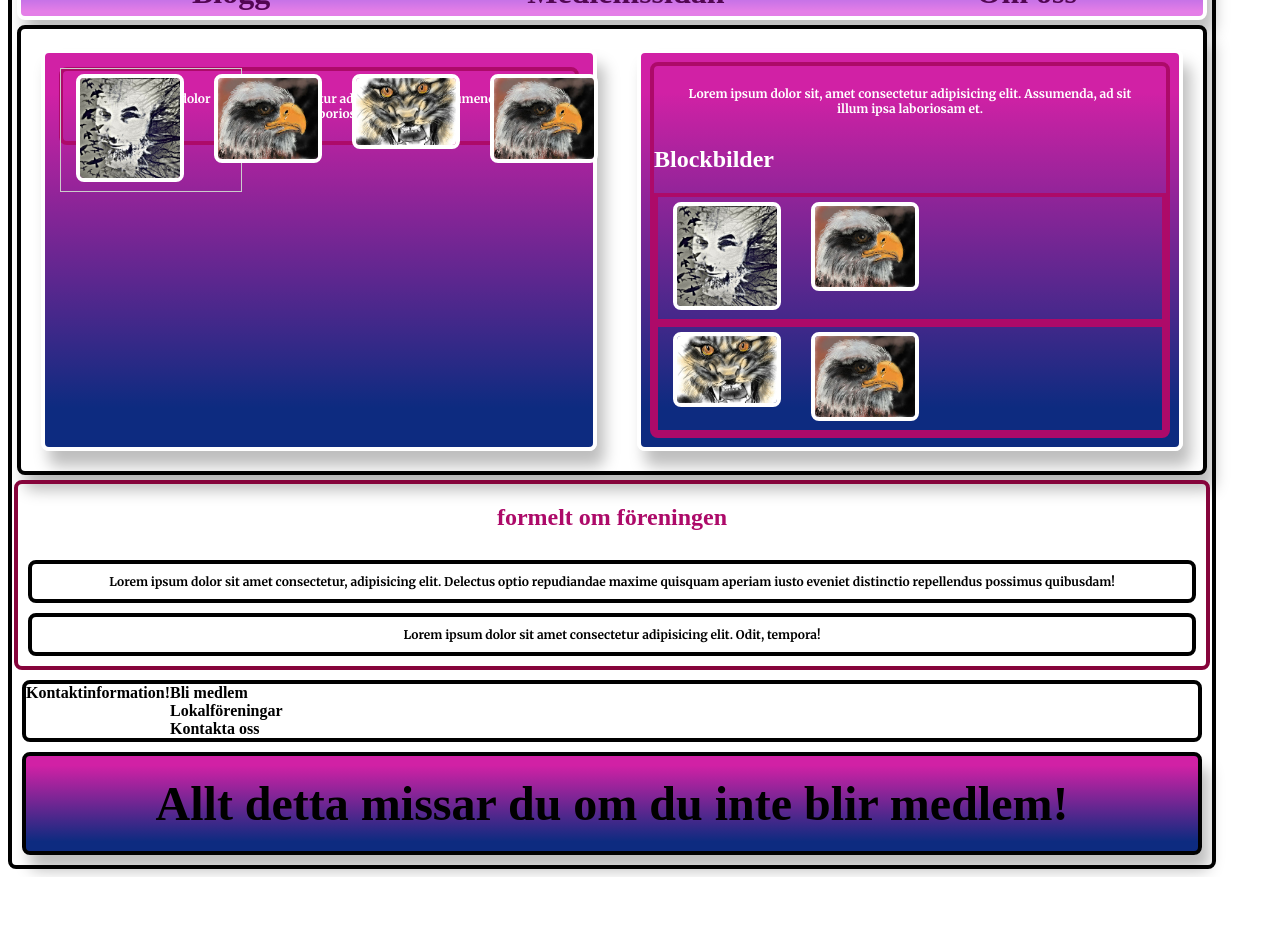
Repository: Webutveckling-20-21/lektion-3-CSS
Page: medlemssidan.html
These files come from the project's save history. The page is drawn as it stood at one moment and after the next save; the edit follows.
The browser window is 1280 px wide. The pictures show the part of the page from y = 117 to 1057 px (the page is 1057 px tall).
A picture or video elsewhere on the page could not be fetched, so the positions and the page height are approximate. Some web fonts or font styles are not loaded; a fallback is used.

Above is the page before, as saved 2021-10-07 14:14:02.

### medlemssidan.html
<!DOCTYPE html>
<html lang="en">

<head>
    <meta charset="UTF-8">
    <meta http-equiv="X-UA-Compatible" content="IE=edge">
    <meta name="viewport" content="width=device-width, initial-scale=1.0">
    <link rel="stylesheet" href="style3.css">
    <link rel="stylesheet" href="style4.css">
    <title>om oss</title>
</head>

<body>
    <div class="header">

        <h1>Palettnördarna.se</h1>
        <div class="logo">
            <img src="images/logga.png" alt="logga" class="logo-img">
        </div>

    </div>

    <ul class="navbar">

        <li class="nav-list"> <a href="index.html">Blogg</a></li>
        <li><a href="medlemssidan.html">Medlemssidan</a></li>
        <li><a href="om oss.html">Om oss</a></li>

    </ul>

    <div class="box">



        <div class="green">
            <div class="text-info">
                <p> Lorem ipsum dolor sit, amet consectetur adipisicing elit. Assumenda, ad sit illum ipsa laboriosam
                    et.</p>
                <h2>Blockbilder</h2>
                <div class="picture">
                    <div class="pics1 pics"> <img src="images/20171005_201321.jpg" alt=""> </div>
                    <div class="pics2 pics"> <img src="images/1493892949023.jpeg" alt=""> </div>
                </div>
                <div class="picture">
                    <div class="pics3 pics"> <img src="images/1494397130015.jpeg" alt=""> </div>
                    <div class="pics4 pics"> <img src="images/1493892949023.jpeg" alt=""></div>
                </div>

            </div>
        </div>

        <div class="red">
            <div class="text-info">
                <p> Lorem ipsum dolor sit, amet consectetur adipisicing elit. Assumenda, ad sit illum ipsa laboriosam
                    et.</p>
            </div >
            <div class="gallery">
            <div class="pics1 pics"> <img src="images/20171005_201321.jpg" alt=""> </div>
            <div class="pics2 pics"> <img src="images/1493892949023.jpeg" alt=""> </div>
            <div class="pics3 pics"> <img src="images/1494397130015.jpeg" alt=""> </div>
            <div class="pics4 pics"> <img src="images/1493892949023.jpeg" alt=""></div>
        </div>
        </div>
    </div>

    <main class="main-content">
        <h2>formelt om föreningen</h2>
        <div class="information">
            <p>Lorem ipsum dolor sit amet consectetur, adipisicing elit. Delectus optio repudiandae maxime quisquam
                aperiam iusto eveniet distinctio repellendus possimus quibusdam!</p>
            <p>Lorem ipsum dolor sit amet consectetur adipisicing elit. Odit, tempora!

            </p>
        </div>

    </main>

    <section class="contact-all"> Kontaktinformation!

        <div class="contact-info">
            <div class="be-member">Bli medlem</div>
            <div class="locals">Lokalföreningar</div>
            <div class="contact">Kontakta oss</div>
        </div>
    </section>

    <footer class="footer-place"> Allt detta missar du om du inte blir medlem!</footer>

</body>






</html>

### style3.css
@import url('https://fonts.googleapis.com/css2?family=Grechen+Fuemen&display=swap');
@import url('https://fonts.googleapis.com/css2?family=Roboto&display=swap');
@import url('https://fonts.googleapis.com/css2?family=Merriweather:wght@700&display=swap');

body {
    font-family: 'Grechen Fuemen', cursive;
    font-weight: bolder;
    border: 4px solid black;
    border-radius: 8px;
    max-width: 1200px;
}

.header {
    display: flex;
    width: 98%;
    height: 50px;
    border: 5px solid white;
    background: linear-gradient(to bottom, #6f76df 10%, #df258b 90%);
    box-shadow: 7.6px 15.2px 15.2px hsl(0deg 0% 0% / 0.26);
    border-radius: 8px;
    justify-content: center;
    margin: 5px;
}

.header h1 {
    margin: 10px;
    flex-wrap: wrap;
}

.logo-img {
    border: 0px;
}


.navbar {

    width: auto;
    height: auto;
    display: flex;
    align-items: center;
    justify-content: space-around;
    background-color: #eed9f8;
    margin: 5px;
    border-radius: 8px;
    flex-wrap: wrap;
}

audio {
    width: 200px;
    height: 50px;
}

ul {

    list-style-type: none;
    flex-wrap: wrap;
    margin-left: 5;
    margin-right: 5;
    padding: 10;
    width: 90%;
    height: auto;
    overflow: hidden;
    border: 4px solid white;
    background: linear-gradient(to bottom, #8257e7 10%, #e47ee7 90%);
    box-shadow: 7.6px 15.2px 15.2px hsl(0deg 0% 0% / 0.26);
}

.nav-list {
    margin: 5px;
    flex-wrap: wrap;

}

a {
    text-decoration: none;
    font-size: 2rem;
    color: rgb(82, 6, 82);


}

a:hover {
    color: rgb(100, 59, 212);
}

/*
.img::before {
    content:"opacity .2" ;
 }
 .img::after {
    content:" opacity 1";
 }*/

.thumbnail:hover {
    position: relative;
    top: -10px;
    /* left: -10px; */
    right: 30px;
    width: 175px;
    height: auto;
    display: block;
    z-index: 999;
    transition: all .5s ease-in-out;
}

.marg-text {
    text-align: justify;
}

/* <img src="[your hosted image URL]" class="thumbnail" height="100" width="100" />  */



.box {
    /* background: linear-gradient(to bottom, #c69de7 10%, #e47ee7 90%); */
    /* height:200px; */
    display: flex;
    /* max-width: 100%; */
    align-items: stretch;
    justify-content: center;
    flex-direction: row;
    flex-wrap: wrap;
    ;
    border: 4px solid rgb(86, 5, 102);
    background-color: white;
    border-radius: 8px;
    flex-wrap: wrap;
    border: solid 4px black;
    margin: 5px;
    /* opacity: 0.5; */
    box-shadow: 7.6px 15.2px 15.2px hsl(0deg 0% 0% / 0.26);
}

.blue {
    display:flex;
    flex-wrap: wrap;


   background: linear-gradient(to bottom, #d121a5 10%, #0d2b80 90%);
    max-width: 300px;
    max-height: auto;
    background-color: rgba(255, 255, 255, 0.2);
    margin: 20px;
    flex: 1;
    order: 2;
    border: 4px solid rgb(241, 238, 238);
    color: white;
    border-radius: 8px;
    padding: 10px;
    box-shadow: 7.6px 15.2px 15.2px hsl(0deg 0% 0% / 0.26);

}

.green {
    max-width: 300px;
    max-height: auto;
    flex: 1;
    order: 3;
    margin: 20px;
    border: 4px solid white;
    color: White;
    border-radius: 8px;
    padding: 5px;
    box-shadow: 7.6px 15.2px 15.2px hsl(0deg 0% 0% / 0.26);
    background: linear-gradient(to bottom, #d121a5 10%, #0d2b80 90%);
}

.red {
    max-width: 300px;
    margin: 20px;
    flex: 1;
    order: 1;
    padding: 10px;
    color: white;

    border: 4px solid white;
    background: rgba(255, 255, 255, 0.1);
    border-radius: 8px;
    padding: 10px;
    background: linear-gradient(to bottom, #d121a5 10%, #0d2b80 90%);
    box-shadow: 7.6px 15.2px 15.2px hsl(0deg 0% 0% / 0.26);

}

.main-content{
    display:flex;
    flex-direction: column;
  text-align: center;
  border:solid 4px rgb(134, 4, 59);
  border-radius:8;
  margin: 2px;
}
main{
    border-radius: 8px;
}

 .main-content> h2{
   color:rgb(173, 10, 105);
 }
 .information>p{
     color:black;
     border:solid 4px black;
     border-radius: 8px;
 }
 .text-info{
     border:solid 4px rgb(173,10,105);
     border-radius: 8px;
     margin:4px;

 }
 .picture{
     display:flex;
     flex-wrap: wrap;
     border:solid 4px rgb(173,10,105);

 }


img {
    margin-left: 10px;
    margin-right: 10px;
    width: 100px;
    border-radius: 8px;
    max-width: 300px;
    /*margin: auto;*/
    border: 4px solid white;
}

h2 {
    justify-content: center;
    font-weight: 700;
}
h3 {
    margin: auto;
}
p {
    font-size: 0.75rem;
    text-align: center;
    margin: 10px;
    padding: 10px;
    font-family: 'Merriweather', serif;
    color: white;
    /* font-family: 'Roboto', sans-serif;   */

}

h3 {
    /* padding: 20px; */
    text-align: center;
}

.footer-place {
    display: flex;
    justify-content: center;
    align-items: stretch;
    /* width: 90vh; */
    padding: 20px;
    margin: 10px;
    border: 4px solid black;
    background: linear-gradient(180deg, #d121a5 10%, #0d2b80 90%);
    box-shadow: 7.6px 15.2px 15.2px hsl(0deg 0% 0% / 0.26);
    border-radius: 8px;
    font-size:3rem;
}

.pics {

    margin: 5px;

}

### style4.css
@import url('https://fonts.googleapis.com/css2?family=Grechen+Fuemen&display=swap');
@import url('https://fonts.googleapis.com/css2?family=Roboto&display=swap');
@import url('https://fonts.googleapis.com/css2?family=Merriweather:wght@700&display=swap');

body {
    font-family: 'Grechen Fuemen', cursive;
    font-weight: bolder;
    border: 4px solid black;
    border-radius: 8px;
    max-width: 1200px;
}

.header {
    display: flex;
    width: 98%;
    height: 50px;
    border: 5px solid white;
    background: linear-gradient(to bottom, #6f76df 10%, #df258b 90%);
    box-shadow: 7.6px 15.2px 15.2px hsl(0deg 0% 0% / 0.26);
    border-radius: 8px;
    justify-content: center;
    margin: 5px;
}

.header h1 {
    margin: 10px;
    flex-wrap: wrap;
}

.logo-img {
    border: 0px;
}


.navbar {

    width: auto;
    height: auto;
    display: flex;
    align-items: center;
    justify-content: space-around;
    background-color: #eed9f8;
    margin: 5px;
    border-radius: 8px;
    flex-wrap: wrap;
}

audio {
    width: 200px;
    height: 50px;
}

ul {

    list-style-type: none;
    flex-wrap: wrap;
    margin-left: 5;
    margin-right: 5;
    padding: 10;
    width: 90%;
    height: auto;
    overflow: hidden;
    border: 4px solid white;
    background: linear-gradient(to bottom, #8257e7 10%, #e47ee7 90%);
    box-shadow: 7.6px 15.2px 15.2px hsl(0deg 0% 0% / 0.26);
}

.nav-list {
    margin: 5px;
    flex-wrap: wrap;

}

a {
    text-decoration: none;
    font-size: 2rem;
    color: rgb(82, 6, 82);


}

a:hover {
    color: rgb(100, 59, 212);
}

/*
.img::before {
    content:"opacity .2" ;
 }
 .img::after {
    content:" opacity 1";
 }*/

.thumbnail:hover {
    position: relative;
    top: -10px;
    /* left: -10px; */
    right: 30px;
    width: 175px;
    height: auto;
    display: block;
    z-index: 999;
    transition: all .5s ease-in-out;
}

.marg-text {
    text-align: justify;
}

/* <img src="[your hosted image URL]" class="thumbnail" height="100" width="100" />  */



.box {
    /* background: linear-gradient(to bottom, #c69de7 10%, #e47ee7 90%); */
    /* height:200px; */
    display: flex;
    /* max-width: 100%; */
    align-items: stretch;
    justify-content: center;
    flex-direction: row;
    flex-wrap: wrap;
    ;
    border: 4px solid rgb(86, 5, 102);
    background-color: white;
    border-radius: 8px;
    flex-wrap: wrap;
    border: solid 4px black;
    margin: 5px;
    /* opacity: 0.5; */
    box-shadow: 7.6px 15.2px 15.2px hsl(0deg 0% 0% / 0.26);
}



.green {
    max-width: 50%;
    max-height: auto;
    flex: 1;
    order: 2;
    margin: 20px;
    border: 4px solid white;
    color: White;
    border-radius: 8px;
    padding: 5px;
    box-shadow: 7.6px 15.2px 15.2px hsl(0deg 0% 0% / 0.26);
    background: linear-gradient(to bottom, #d121a5 10%, #0d2b80 90%);
}

.red {
    display:flex;
    flex-direction: column;
    flex-wrap: wrap;
    max-width: 50%;
    margin: 20px;
    flex: 1;
    order: 1;
    padding: 10px;
    color: white;

    border: 4px solid white;
    background: rgba(255, 255, 255, 0.1);
    border-radius: 8px;
    padding: 10px;
    background: linear-gradient(to bottom, #d121a5 10%, #0d2b80 90%);
    box-shadow: 7.6px 15.2px 15.2px hsl(0deg 0% 0% / 0.26);

}

.gallery{
    max-width:50vw;
    position:absolute;
    display:flex;
    align-self: auto;
    align-content: flex-end;


    margin: 5px;
    border: 1px solid #ccc;
    float: left;
    width: 180px;
}
.gallery:hover{
    border: 1px solid #777;
}


.main-content {
    display: flex;
    flex-direction: column;
    text-align: center;
    border: solid 4px rgb(134, 4, 59);
    border-radius: 8;
    margin: 2px;
}

main {
    border-radius: 8px;
}

.main-content>h2 {
    color: rgb(173, 10, 105);
}


.information>p {
    color: black;
    border: solid 4px black;
    border-radius: 8px;
}

.text-info {
    border: solid 4px rgb(173, 10, 105);
    border-radius: 8px;
    margin: 4px;

}

.picture {
    display: flex;
    flex-wrap: wrap;
    border: solid 4px rgb(173, 10, 105);

}


img {
    margin-left: 10px;
    margin-right: 10px;
    width: 100px;
    border-radius: 8px;
    max-width: 300px;
    /*margin: auto;*/
    border: 4px solid white;
}

h2 {
    justify-content: center;
    font-weight: 700;
}

h3 {
    margin: auto;
}

p {
    font-size: 0.75rem;
    text-align: center;
    margin: 10px;
    padding: 10px;
    font-family: 'Merriweather', serif;
    color: white;
    /* font-family: 'Roboto', sans-serif;   */

}

h3 {
    /* padding: 20px; */
    text-align: center;
}
.contact-all{
    display:flex;
    flex-wrap: wrap;
    flex-direction: row;
    flex-direction: stretch;
    border:4px solid black;
    border-radius:8px;
    margin: 10px;

}
.contact {

}

.footer-place {
    display: flex;
    justify-content: center;
    align-items: stretch;
    /* width: 90vh; */
    padding: 20px;
    margin: 10px;
    border: 4px solid black;
    background: linear-gradient(180deg, #d121a5 10%, #0d2b80 90%);
    box-shadow: 7.6px 15.2px 15.2px hsl(0deg 0% 0% / 0.26);
    border-radius: 8px;
    font-size: 3rem;
}

.pics {

    margin: 5px;

}

After the next save:
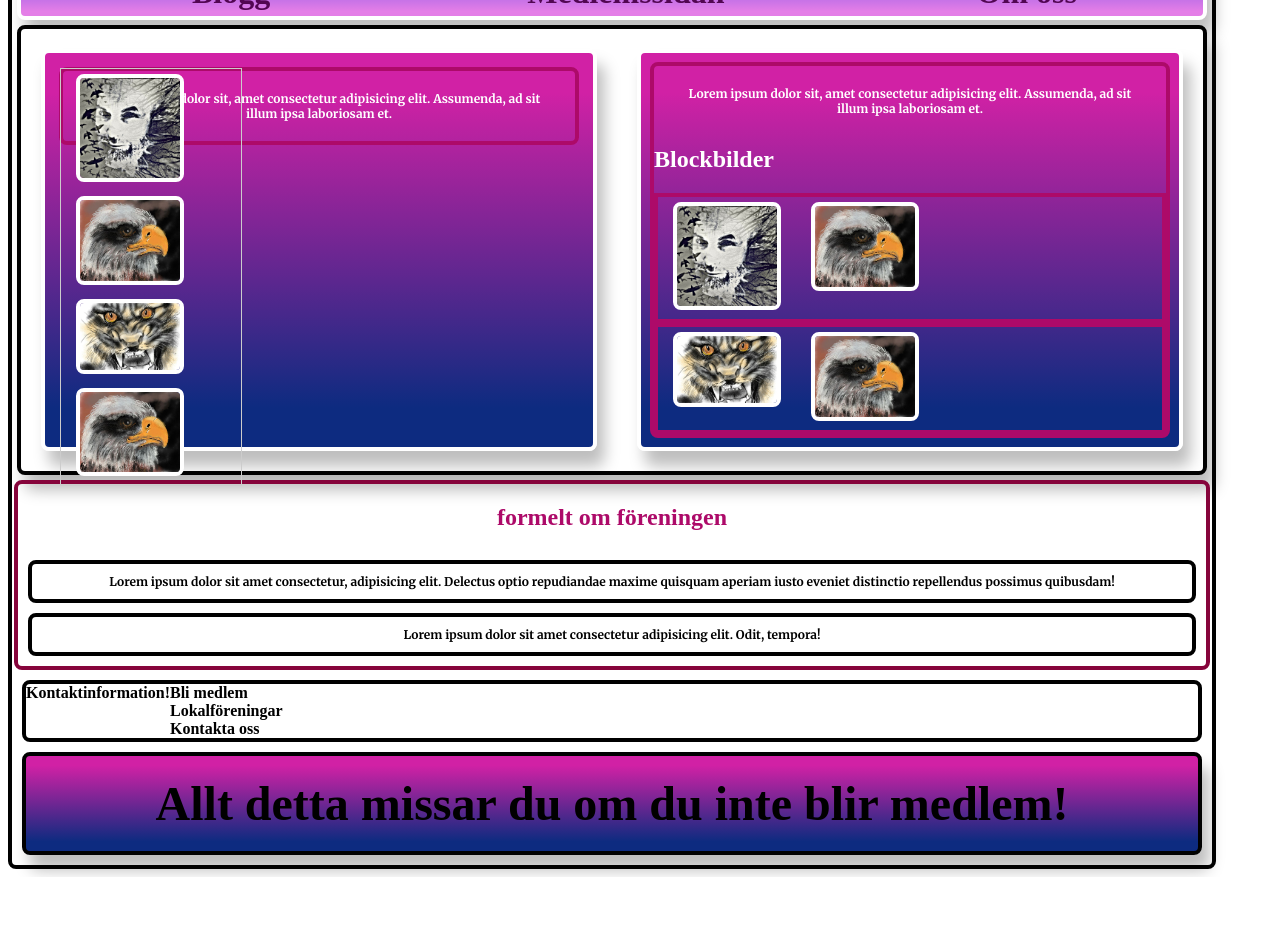
Saved 28 s later.
--- a/style4.css
+++ b/style4.css
@@ -171,8 +171,8 @@
     max-width:50vw;
     position:absolute;
     display:flex;
-    align-self: auto;
-    align-content: flex-end;
+    flex-wrap: wrap;
+
 
 
     margin: 5px;

After the save that followed:
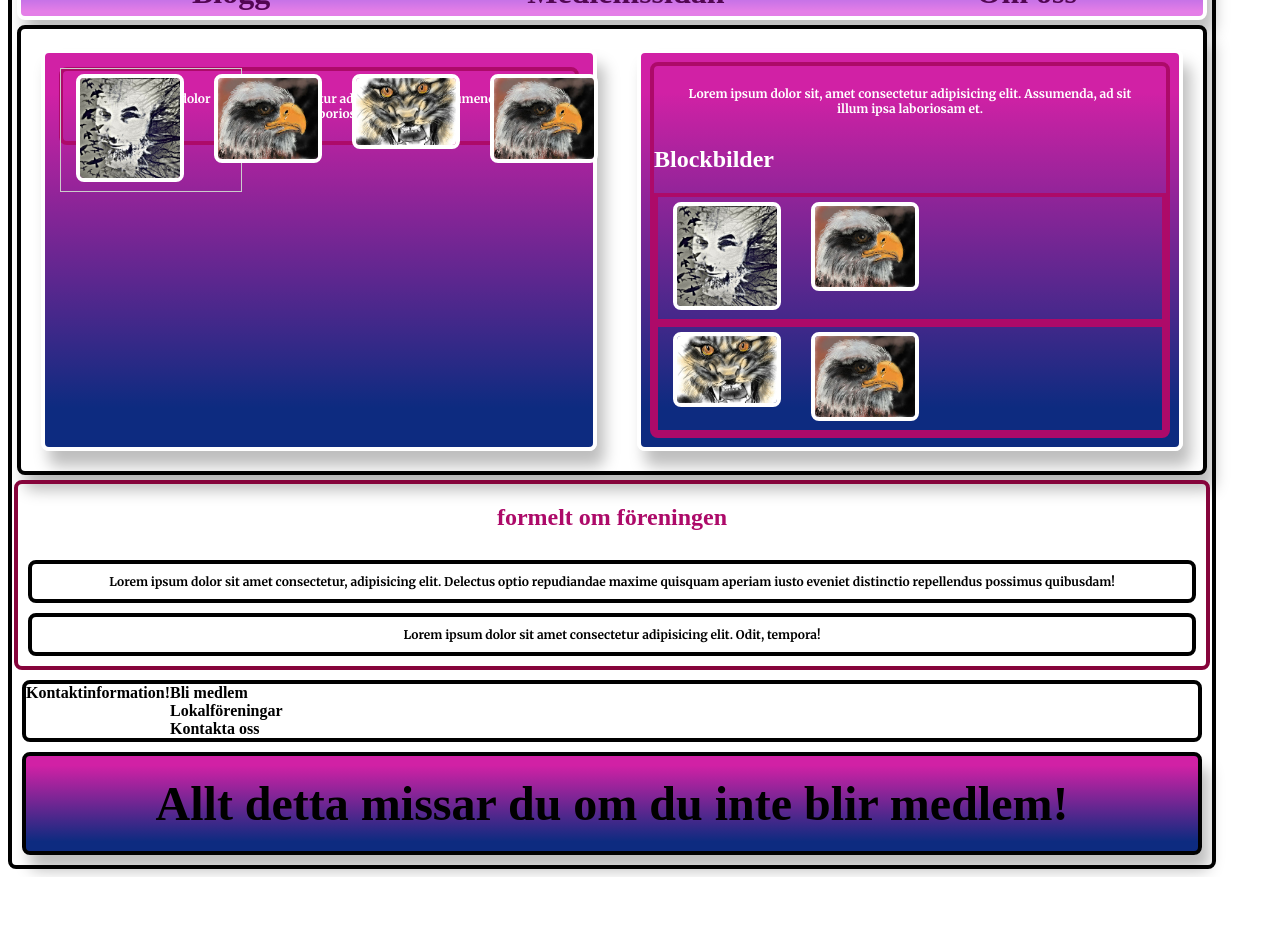
Saved 11 s later.
--- a/style4.css
+++ b/style4.css
@@ -171,7 +171,7 @@
     max-width:50vw;
     position:absolute;
     display:flex;
-    flex-wrap: wrap;
+
 
 
 
